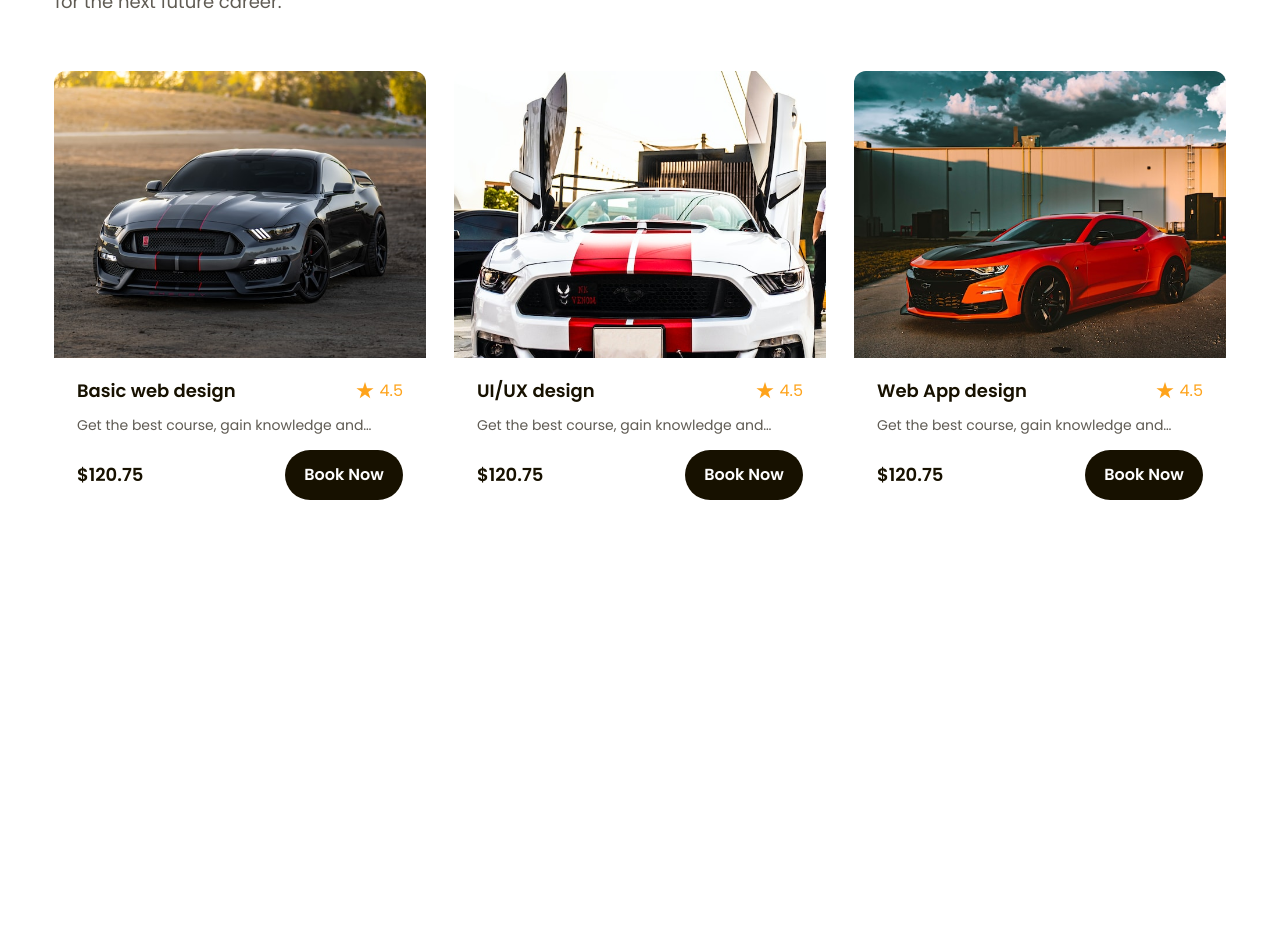
Repository: dongnguyen2112/htmlcss-project-02
Page: index.html
The author's editor kept a copy of each file at every save. The page is drawn from the files as they stood at one save, then again after the next save.
The browser window is 1280 px wide. The pictures show the part of the page from y = 1207 to 2159 px (the page is 5000 px tall).
A picture or video elsewhere on the page could not be fetched, so the positions and the page height are approximate.

Above is the page before, as saved 2023-07-06 14:03:47.

### index.html
<!DOCTYPE html>
<html lang="en">
    <head>
        <meta charset="UTF-8" />
        <meta name="viewport" content="width=device-width, initial-scale=1.0" />
        <title>F8 project 01</title>
        <!-- Reset CSS -->
        <link rel="stylesheet" href="./assets/css/reset.css" />
        <!-- Font -->
        <link rel="preconnect" href="https://fonts.googleapis.com" />
        <link rel="preconnect" href="https://fonts.gstatic.com" crossorigin />
        <link
            href="https://fonts.googleapis.com/css2?family=Poppins:ital,wght@0,400;0,500;0,600;0,700;1,400&family=Sen:wght@700&display=swap"
            rel="stylesheet"
        />
        <!-- Style CSS -->
        <link rel="stylesheet" href="./assets/css/styles.css" />
    </head>
    <body>
        <main style="height: 5000px">
            <!-- Header -->
            <header class="header fixed">
                <div class="main-content">
                    <div class="body">
                        <!-- Logo -->
                        <img src="./assets/img/Logo..png" alt="" class="logo">
                        <!-- Nav -->
                        <nav class="nav">
                            <ul>
                                <li class="active">
                                    <a href="#!">Home</a>
                                </li>
                                <li>
                                    <a href="#!">Courses</a>
                                </li>
                                <li>
                                    <a href="#!">Pricing</a>
                                </li>
                                <li>
                                    <a href="#!">Reviews</a>
                                </li>
                            </ul>
                        </nav>
                        <!-- Action -->
                        <div class="action">
                            <a href="#!" class="btn sign-up-btn">Sign Up </a>
                        </div>
                    </div>
            </header>
            <!-- Hero -->
            <div class="hero">
                <div class="main-content">
                    <div class="body">
                        <!-- Hero-left -->
                        <div class="media-block">
                            <img src="./assets/img/hero-img.jpg" alt="Learn without limits and spread knowledge." class="img">
                            <div class="hero-summary">
                                <div class="item">
                                    <div class="icon">
                                        <img src="./assets/icon/list.svg" alt="">
                                    </div>
                                    <div class="info">
                                        <div class="lable">20 Courses</div>
                                        <div class="title">UI/UX Design</div>
                                    </div>
                                </div>
                                <div class="item">
                                    <div class="icon">
                                        <img src="./assets/icon/code.svg" alt="">
                                    </div>
                                    <div class="info">
                                        <div class="lable">20 Courses</div>
                                        <div class="title">Development</div>
                                    </div>
                                </div>
                                <div class="item">
                                    <div class="icon">
                                        <img src="./assets/icon/speaker.svg" alt="">
                                    </div>
                                    <div class="info">
                                        <div class="lable">30 Courses</div>
                                        <div class="title">Marketing</div>
                                    </div>
                                </div>
                            </div>
                        </div>
                        <!-- Hero-right -->
                        <div class="content-block">
                            <h1 class="heading lv1">Learn without limits and spread knowledge.</h1>
                            <p class="desc">Build new skills for that “this is my year” feeling with courses, certificates, and degrees from world-class universities and companies.</p>
                            <div class="cta-group">
                                <a href="#!" class="btn hero-cta">See Courses</a>
                                <button class="watch-video">
                                    <div class="icon">
                                        <img src="./assets/icon/play.svg" alt="">
                                    </div>
                                    <span>Watch Video</span>
                                </button>
                            </div>
                            <p class="desc">Recent engagement</p>
                            <p class="desc stats">
                               <strong>50K</strong> Students
                                <strong>70+</strong> Courses
                            </p>
                        </div>
                    </div>
                </div>
            </div>
            <!-- Popular -->
            <div class="popular">
                <div class="main-content">
                    <div class="popular-top">
                        <div class="info">
                            <h2 class="heading lv2">Our popular courses</h2>
                            <p class="desc">Build new skills with new trendy courses and shine for the next future career.</p>
                        </div>
                        <div class="control">
                            <button class="control-btn">
                                <img src="./assets/icon/control.svg" alt="">
                            </button>
                        </div>
                    </div>
                    <!-- Course-item 1 -->
                    <div class="course-list">
                        <div class="course-item">
                           <a href="#!"><img src="./assets/img/course-1.jpg" alt="Basic web design" class="thumb"></a>
                            <div class="info">
                                <div class="head">
                                    <h3 class="title">
                                        <a href="#!" class="line-clamp">Basic web design</a>
                                    </h3>
                                    <div class="rating">
                                        <img src="./assets/icon/Star.svg" alt="" class="star">
                                        <span class="value">4.5</span>
                                    </div>
                                </div>
                                <p class="desc line-clamp line-2">Get the best course, gain knowledge and shine for your future career. Lorem ipsum dolor sit amet consectetur adipisicing elit. Odit ipsum corrupti fugiat temporibus id tempora velit aliquam ullam, sunt quis voluptatibus a optio voluptatem ab dolor sint illo amet! Dolore quibusdam vero vel saepe, hic libero quae laboriosam numquam quis facilis quia, fuga dolores aut incidunt, earum modi. Inventore, hic.</p>
                                <div class="foot">
                                    <span class="price">$120.75</span>
                                    <div class="btn book-btn">Book Now</div>
                                </div>
                            </div>
                        </div>

                    <!-- Course-item 2 -->
                        <div class="course-item">
                            <a href="#!"><img src="./assets/img/course-2.jpg" alt="Basic web design" class="thumb"></a>
                            <div class="info">
                                <div class="head">
                                    <h3 class="title">
                                        <a href="#!" class="line-clamp">UI/UX design</a>
                                    </h3>
                                    <div class="rating">
                                        <img src="./assets/icon/Star.svg" alt="" class="star">
                                        <span class="value">4.5</span>
                                    </div>
                                </div>
                                <p class="desc line-clamp line-2">Get the best course, gain knowledge and shine for your future career.</p>
                                <div class="foot">
                                    <span class="price">$120.75</span>
                                    <div class="btn book-btn">Book Now</div>
                                </div>
                            </div>
                        </div>
                    <!-- Course-item 3 -->
                        <div class="course-item">
                            <a href="#!"><img src="./assets/img/course-3.jpg" alt="Basic web design" class="thumb"></a>
                            <div class="info">
                                <div class="head">
                                    <h3 class="title">
                                        <a href="#!" class="line-clamp">Web App design</a>
                                    </h3>
                                    <div class="rating">
                                        <img src="./assets/icon/Star.svg" alt="" class="star">
                                        <span class="value">4.5</span>
                                    </div>
                                </div>
                                <p class="desc line-clamp line-2">Get the best course, gain knowledge and shine for your future career.</p>
                                <div class="foot">
                                    <span class="price">$120.75</span>
                                    <div class="btn book-btn">Book Now</div>
                                </div>
                            </div>
                        </div>
                    </div>
                </div>
            </div>
        </main>
    </body>
</html>

### assets/css/styles.css
* {
    box-sizing: border-box;
}
html {
    font-size: 62.5%;
}
body {
    font-size: 1.6rem;
    font-family: "Poppins", sans-serif;
}
:root {
    --primary-color: #ffb900;
    --font-heading: Sen, sans-serif;
}
/* Common */
a {
    text-decoration: none;
}
.main-content {
    width: 1170px;
    max-width: calc(100% - 48px);
    margin-left: auto;
    margin-right: auto;
}
.btn {
    display: inline-block;
    min-width: 118px;
    padding: 0 16px;
    line-height: 50px;
    color: #fff;
    text-align: center;
    font-size: 1.6rem;
    font-weight: 600;
    border-radius: 999px;
    background: #171100;
    cursor: pointer;
}
.btn:hover {
    opacity: 0.9;
}
.heading {
    color: #171100;
    font-family: var(--font-heading);
    font-weight: 700;
    letter-spacing: -0.02em;
}
.heading.lv1 {
    font-size: 5.8rem;
    line-height: 1.17;
}
.heading.lv2 {
    font-size: 3.8rem;
    line-height: 1.26;
}
.line-clamp {
    display: -webkit-box;
    -webkit-line-clamp: var(--line-clamp, 1);
    -webkit-box-orient: vertical;
    overflow: hidden;
}
.line-clamp .line-2 {
    --line-clamp: 2;
}
/* Header */
.header {
    background: #fffcf4;
}
.header.fixed {
    position: sticky;
    top: -28px;
    z-index: 1;
}
.header .body {
    display: flex;
    align-items: center;
    padding: 36px 0 8px;
}
.header .sign-up-btn {
    min-width: 114px;
}
.header .action {
    margin-left: 49px;
}
.nav {
    margin-left: auto;
}
.nav ul {
    display: flex;
}
.nav a {
    color: #5f5b53;
    font-size: 1.6rem;
    padding: 8px 21px;
    position: relative;
}
.nav a:hover,
.nav .active a {
    color: #171100;
    font-size: 1.6rem;
    /* font-weight: 600; */
    text-shadow: 1px 0 0 currentColor;
}
.nav .active a::after {
    content: "";
    left: 21px;
    display: block;
    width: 12px;
    height: 2px;
    border-radius: 1px;
    background: #171100;
    position: absolute;
    bottom: 6px;
}
/* hero */
.hero {
    padding: 56px 0 65px;
    background: #fffcf4;
}
.hero .body {
    display: flex;
}
/* hero-left */
.hero .media-block {
    width: 48%;
    position: relative;
}
.hero .media-block .img {
    width: 470px;
    height: 685px;
    object-fit: cover;
    border-radius: 20px;
    display: block;
}
.hero-summary {
    position: absolute;
    right: 0;
    bottom: 48px;
    border-radius: 12px;
    background: #fff;
    box-shadow: 0px 16px 32px 0px rgba(0, 0, 0, 0.05);
    width: 270px;
    padding: 24px;
}
.hero-summary .item {
    display: flex;
    align-items: center;
}
.hero-summary .item + .item {
    margin-top: 22px;
}
.hero-summary .icon {
    width: 48px;
    height: 48px;
    border-radius: 50%;
    display: flex;
    align-items: center;
    justify-content: center;
    background: #fff9e8;
}
.hero-summary .item:nth-last-of-type(2) .icon {
    background: #fcefff;
}
.hero-summary .item:nth-child(3) .icon {
    background: #ebeaff;
}
.hero-summary .info {
    margin-left: 16px;
}
.hero-summary .label {
    font-size: 1.4rem;
    line-height: 1.86;
    color: #5f5b53;
}
.hero-summary .title {
    color: #171100;
    font-size: 1.4rem;
    font-weight: 600;
    line-height: 1.67;
}
/* hero-right */
.hero .content-block {
    width: 52%;
    padding: 64px 0 0 130px;
}

.hero .desc {
    margin-top: 22px;
    color: #5f5b53;
    font-size: 1.8rem;
    font-weight: 400;
    line-height: 1.67;
}
.hero .cta-group {
    margin: 38px 0 48px;
    display: flex;
    align-items: center;
}
.hero .hero-cta {
    background: var(--primary-color);
    line-height: 64px;
    min-width: 180px;
}
.hero .watch-video {
    display: flex;
    margin-left: 28px;
    border: none;
    background: transparent;
    align-items: center;
    cursor: pointer;
}
.hero .watch-video span {
    margin-left: 14px;
    color: #171100;
    font-size: 1.8rem;
    font-weight: 600;
    line-height: 1.67;
}
.hero .stats {
    margin: 8px 0 0 -28px;
}
.hero .stats strong {
    color: #171100;
    font-size: 4.4rem;
    font-weight: 700;
    line-height: 54px;
    font-family: var(--font-heading);
    padding: 0 8px 0 28px;
}
/* popular */
.popular {
    padding: 65px 0;
    margin-top: 135px;
}
.popular-top {
    display: flex;
    justify-content: space-between;
}
.popular-top .desc {
    margin-top: 16px;
    width: 458px;
    color: #5f5b53;
    font-size: 1.8rem;
    line-height: 1.67;
}
.popular .course-list {
    display: flex;
    margin-top: 55px;
    gap: 30px;
}
.popular .course-item {
    flex: 1;
    border-radius: 12px;
    background: #fff;
}
.popular .course-item:hover {
    border-color: transparent;
    box-shadow: 0px 18px 36px 0px rgba(0, 0, 0, 0.05);
}
.popular .course-item .thumb {
    width: calc(100% + 2px);
    border-radius: 12px 12px 0px 0px;
    height: 287px;
    object-fit: cover;
    margin: -1px;
}
.popular .course-item .info {
    padding: 16px 22px 22px;
}
.popular .course-item .foot,
.popular .course-item .rating,
.popular .course-item .head {
    display: flex;
    align-items: center;
    justify-content: space-between;
}
.popular .course-item .title a {
    color: #171100;
    font-size: 1.8rem;
    font-weight: 600;
    line-height: 1.67;
}
.popular .rating .value {
    margin-left: 6px;
    color: #fea31b;
    font-size: 1.6rem;
    font-weight: 400;
    line-height: 1.75;
}
.popular .course-item .desc {
    color: #5f5b53;
    font-size: 1.4rem;
    font-weight: 400;
    line-height: 1.86;
    margin-top: 6px;
}
.popular .course-item .foot {
    margin-top: 12px;
}
.popular .course-item .foot .price {
    color: #171100;
    font-size: 1.8rem;
    font-weight: 600;
    line-height: 1.67;
}
.popular .course-item .book-btn:hover {
    color: #fff;
    background-color: var(--primary-color);
}

Loaded but not shown: assets/css/reset.css (common file)

After the next save:
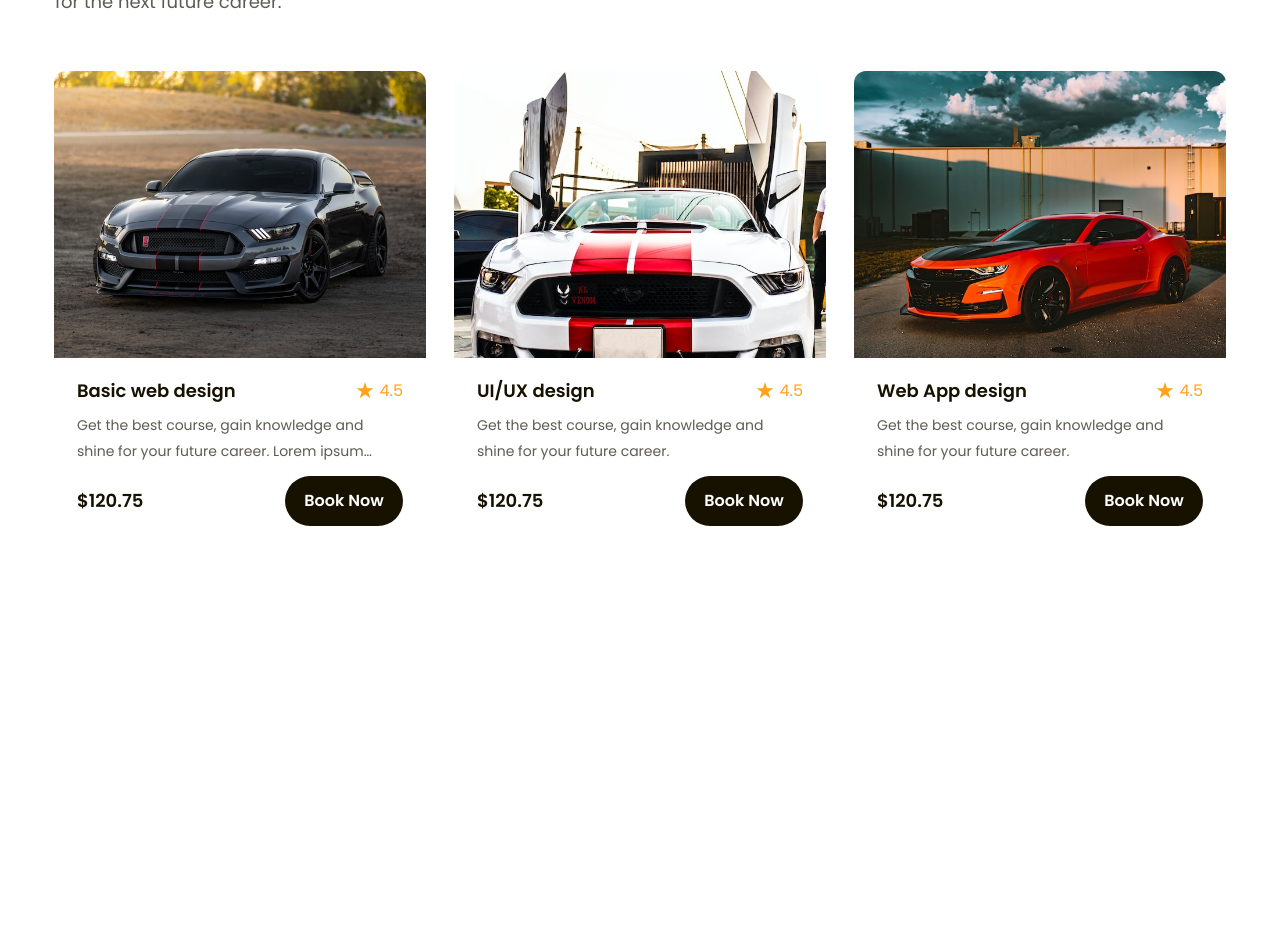
Saved 88 s later.
--- a/assets/css/styles.css
+++ b/assets/css/styles.css
@@ -58,7 +58,7 @@
     -webkit-box-orient: vertical;
     overflow: hidden;
 }
-.line-clamp .line-2 {
+.line-clamp.line-2 {
     --line-clamp: 2;
 }
 /* Header */
